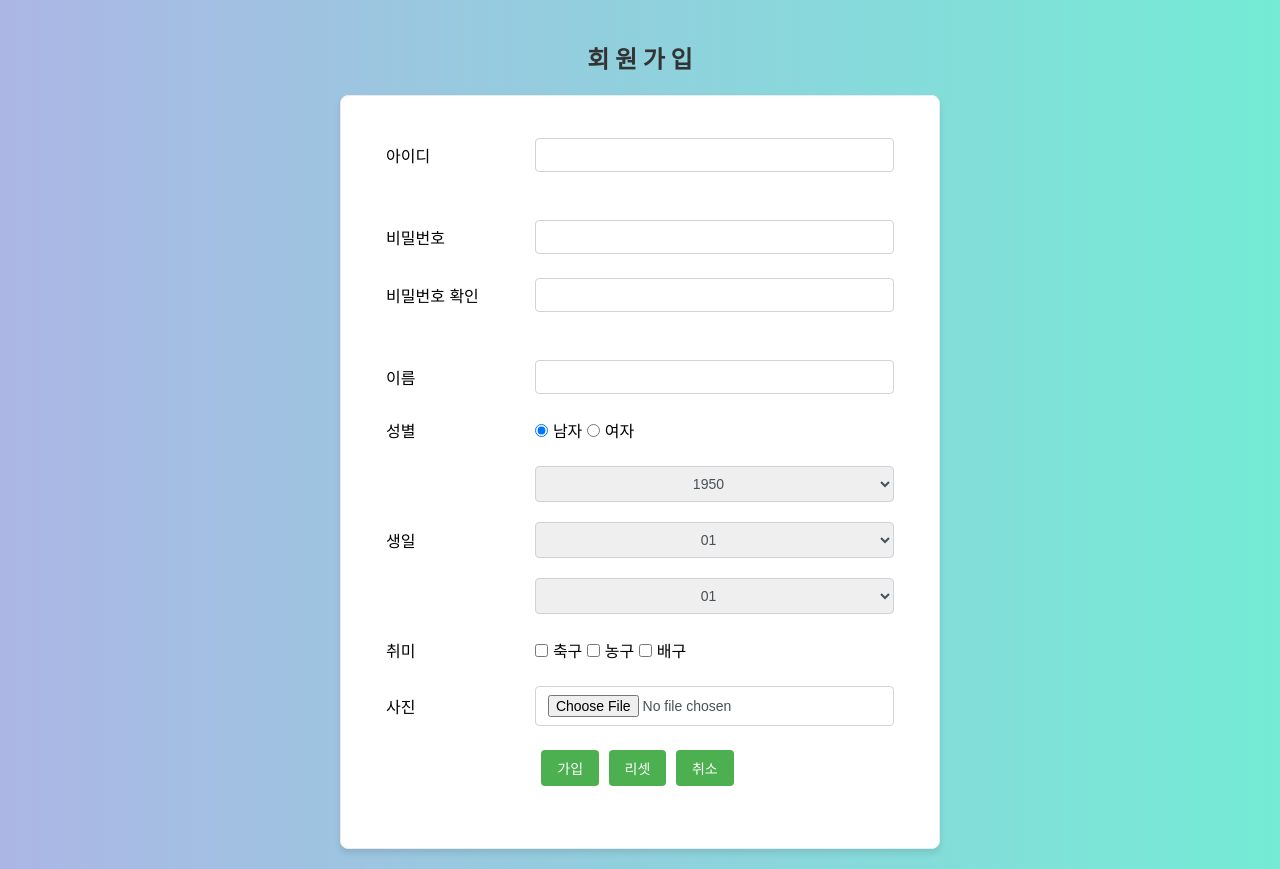
Repository: 1plus1equals3-true/Board-Project
Page: http://localhost/jsp/member/Join.jsp
An editor plug-in stored every save of this project. The page is shown before and after the next save, followed by the edit.
The browser window is 1280 px wide. The pictures show the whole page.
The page is served by Tomcat 9.

Above is the page before, as saved 2025-09-16 02:29:22.

After the next save:
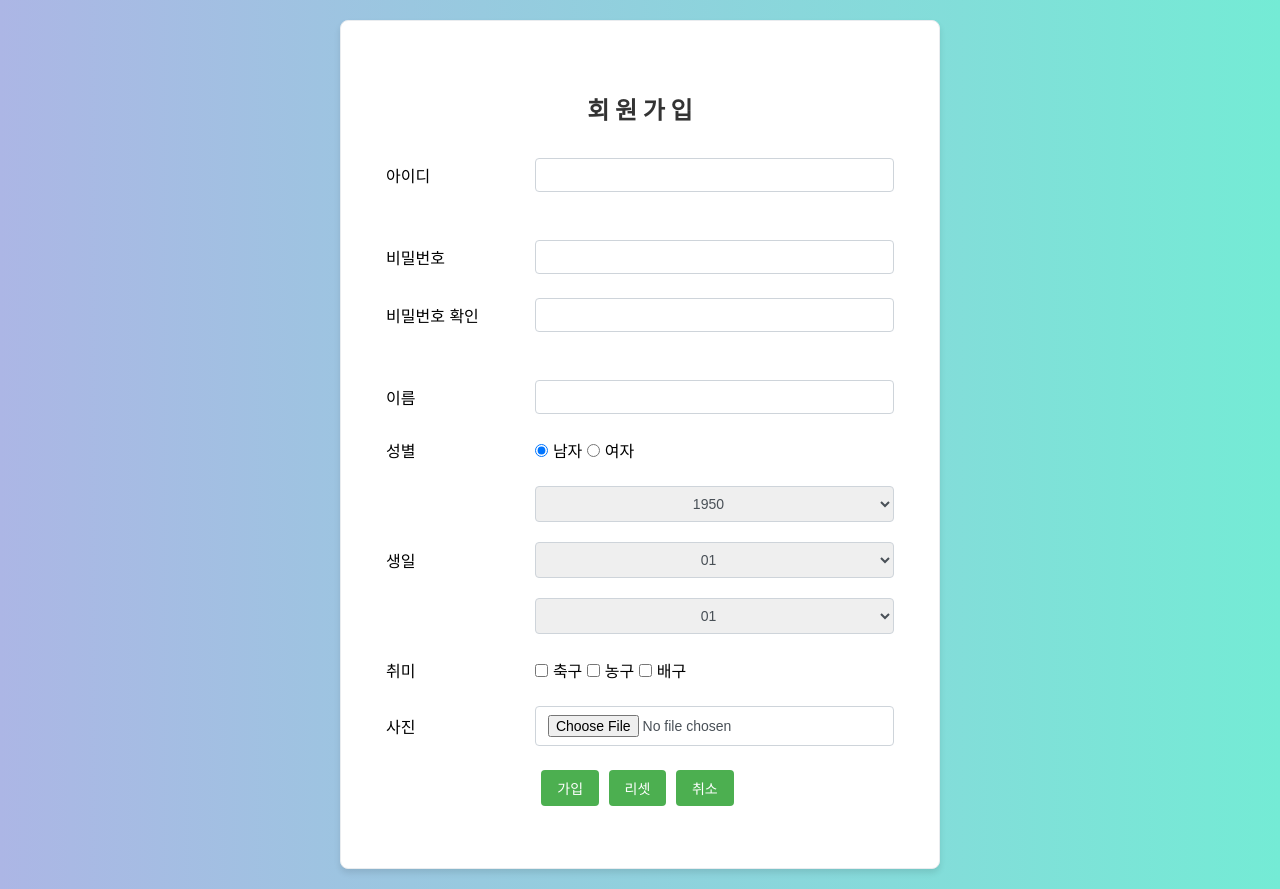
Saved 35 s later.
--- a/jsp/src/main/webapp/member/Join.jsp
+++ b/jsp/src/main/webapp/member/Join.jsp
@@ -104,13 +104,14 @@ button:hover {
   String year = yearFormat.format(today); // 년도만 추출
   int intyear = Integer.parseInt(year);
 %>
-	<h2>회 원 가 입</h2>
+
 <%
 	String loginerr = request.getParameter("loginerr");
 	if (loginerr != null) out.print("비밀번호가 일치하지 않습니다.");
 %>
 
 	<form action="Join_proc.jsp" method="post" enctype="multipart/form-data">
+		<h2>회 원 가 입</h2>
 		<table>
 		<tr>
 		<td>아이디</td>
